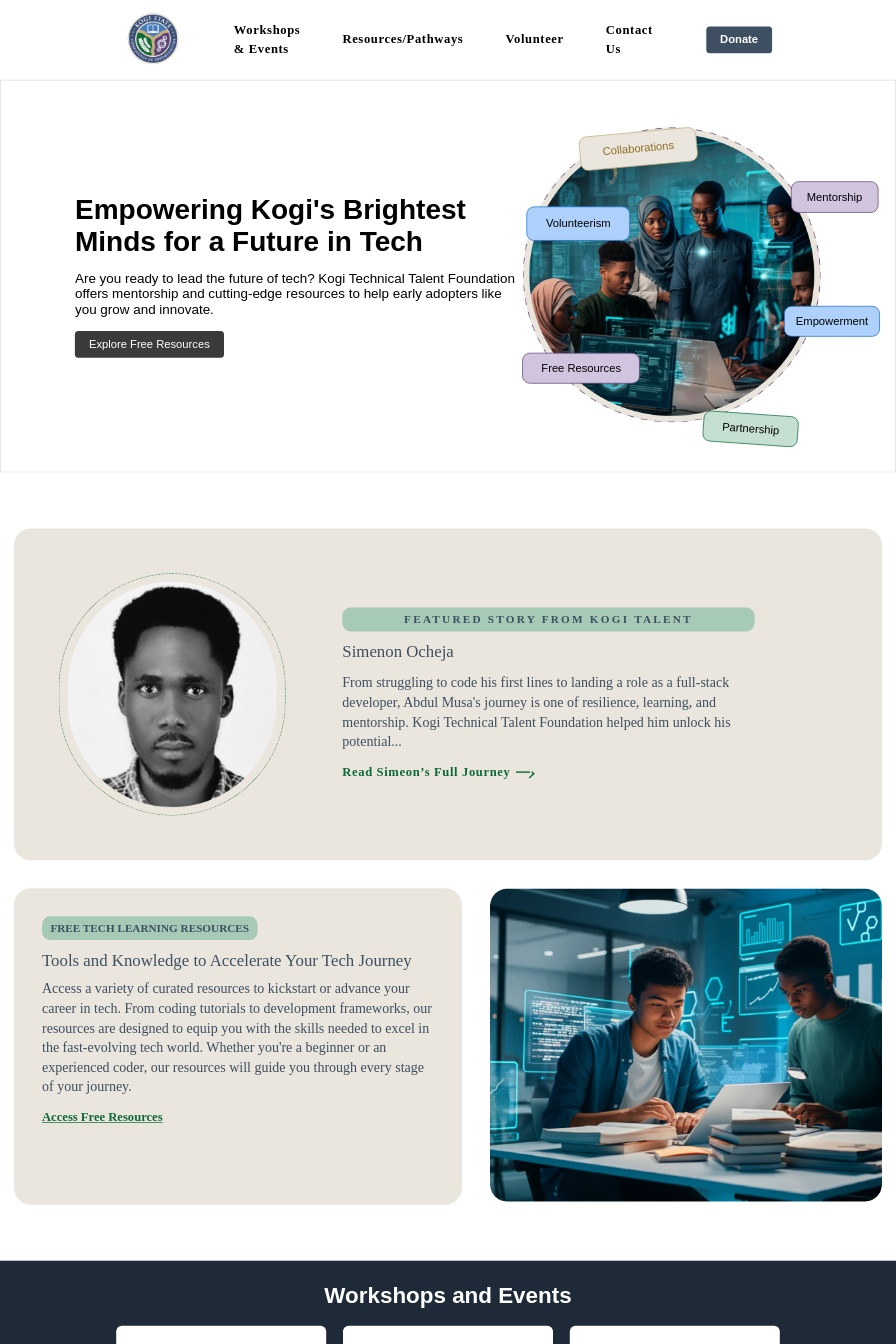
Repository: Cryptim/3MTT-Kogi-Foundation
Page: index.html
These files come from the project's save history. The page is drawn as it stood at one moment and after the next save; the edit follows.
The browser window is 1280 px wide. The pictures show the part of the page from y = 0 to 1920 px (the page is 3494 px tall before and 3579 px after), at 70% of full size.

Above is the page before, as saved 2024-11-04 03:00:56.

After the next save:
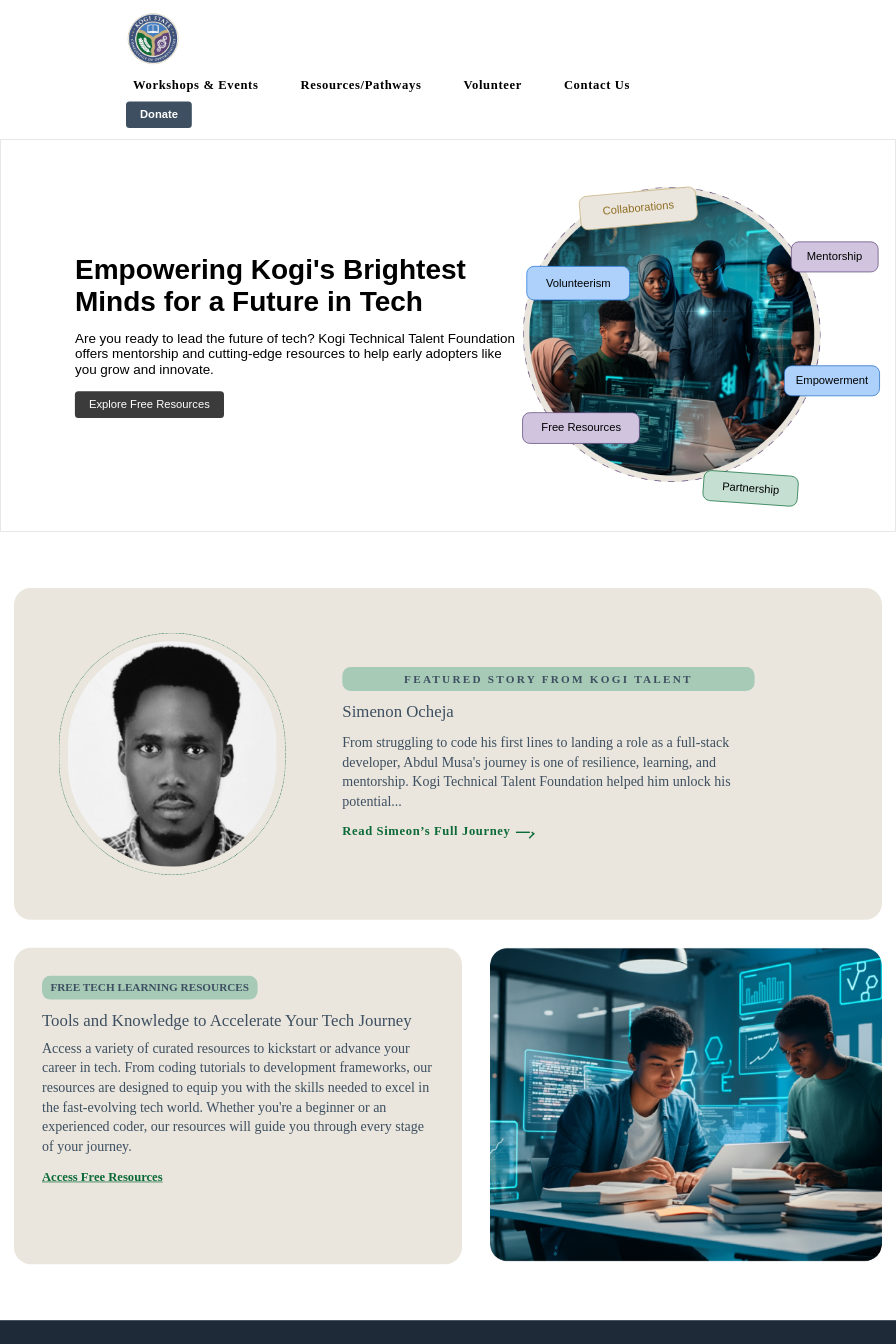
Saved 15 s later.
--- a/stlyes/style.css
+++ b/stlyes/style.css
@@ -18,7 +18,7 @@
   justify-content: flex-start;
   align-items: center;
   gap: 66px;
-  display: inline-flex;
+  /* display: inline-flex; */
 }
 
 .logo img {

After the save that followed:
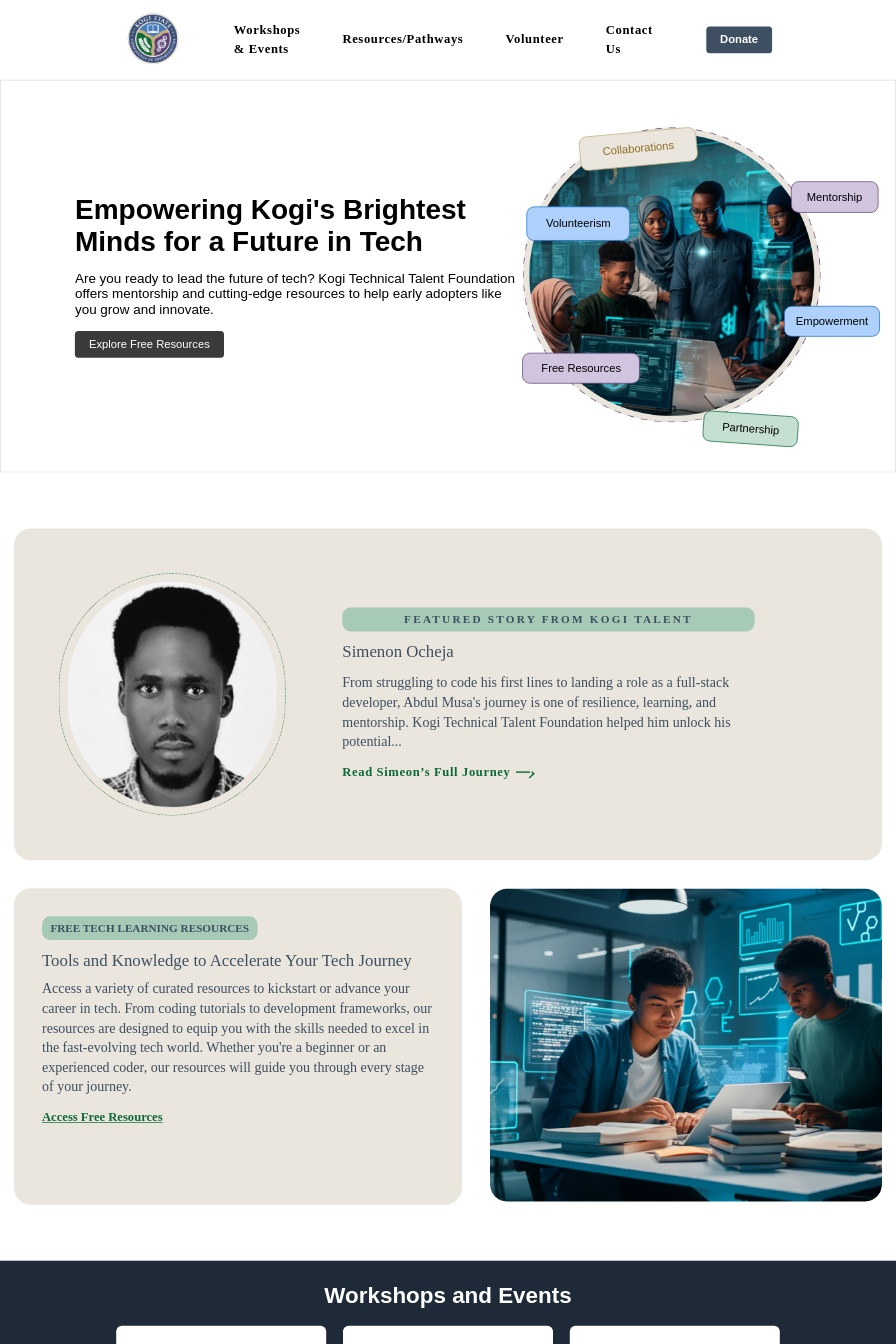
Saved 10 s later.
--- a/stlyes/style.css
+++ b/stlyes/style.css
@@ -18,7 +18,7 @@
   justify-content: flex-start;
   align-items: center;
   gap: 66px;
-  /* display: inline-flex; */
+  display: inline-flex;
 }
 
 .logo img {
